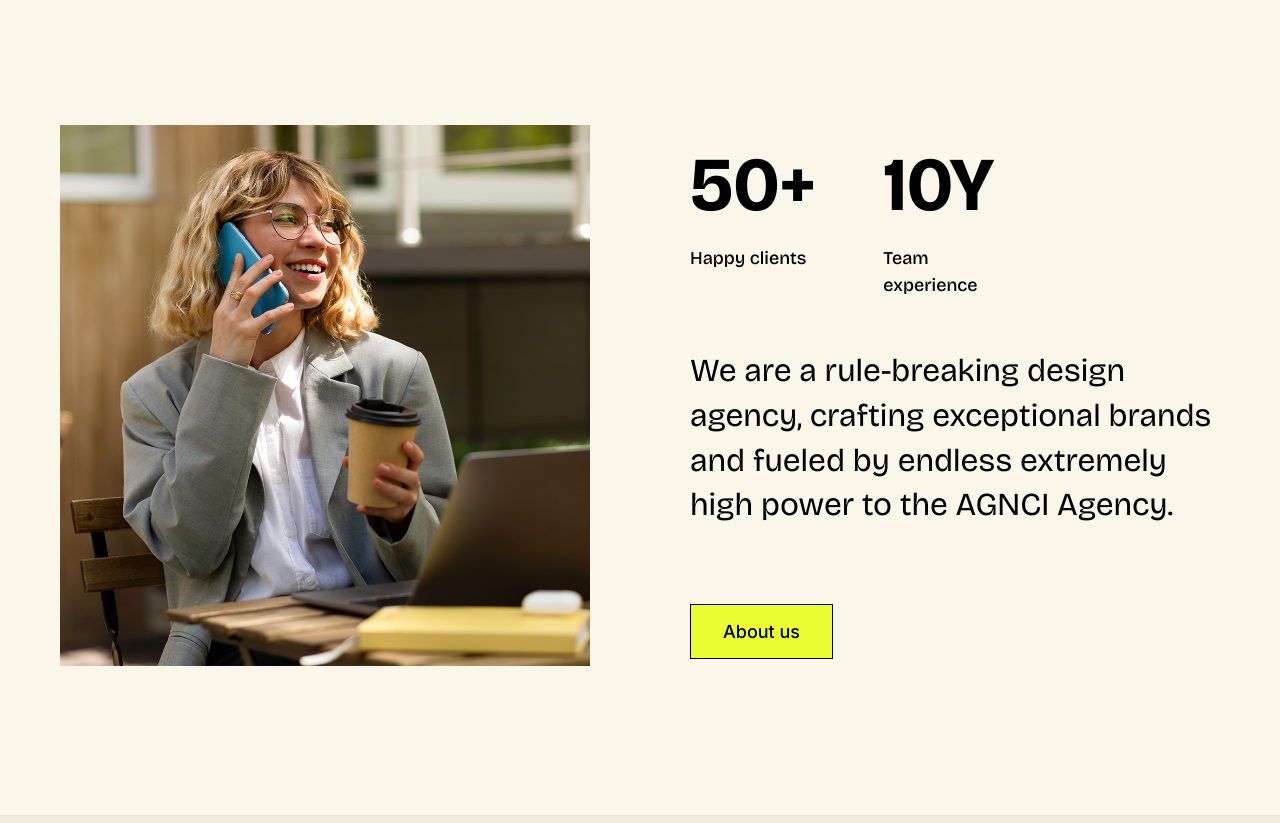
Repository: neelpatel6262/AGNCI-Webflow-HTML-Template
Page: index.html
These files come from the project's save history. The page is drawn as it stood at one moment and after the next save; the edit follows.
The browser window is 1280 px wide. The pictures show the part of the page from y = 1640 to 2463 px (the page is 8588 px tall before and 8515 px after).
A picture or video elsewhere on the page could not be fetched, so the positions and the page height are approximate. Some web fonts or font styles are not loaded; a fallback is used.

Above is the page before, as saved 2025-08-19 13:11:50.

After the next save:
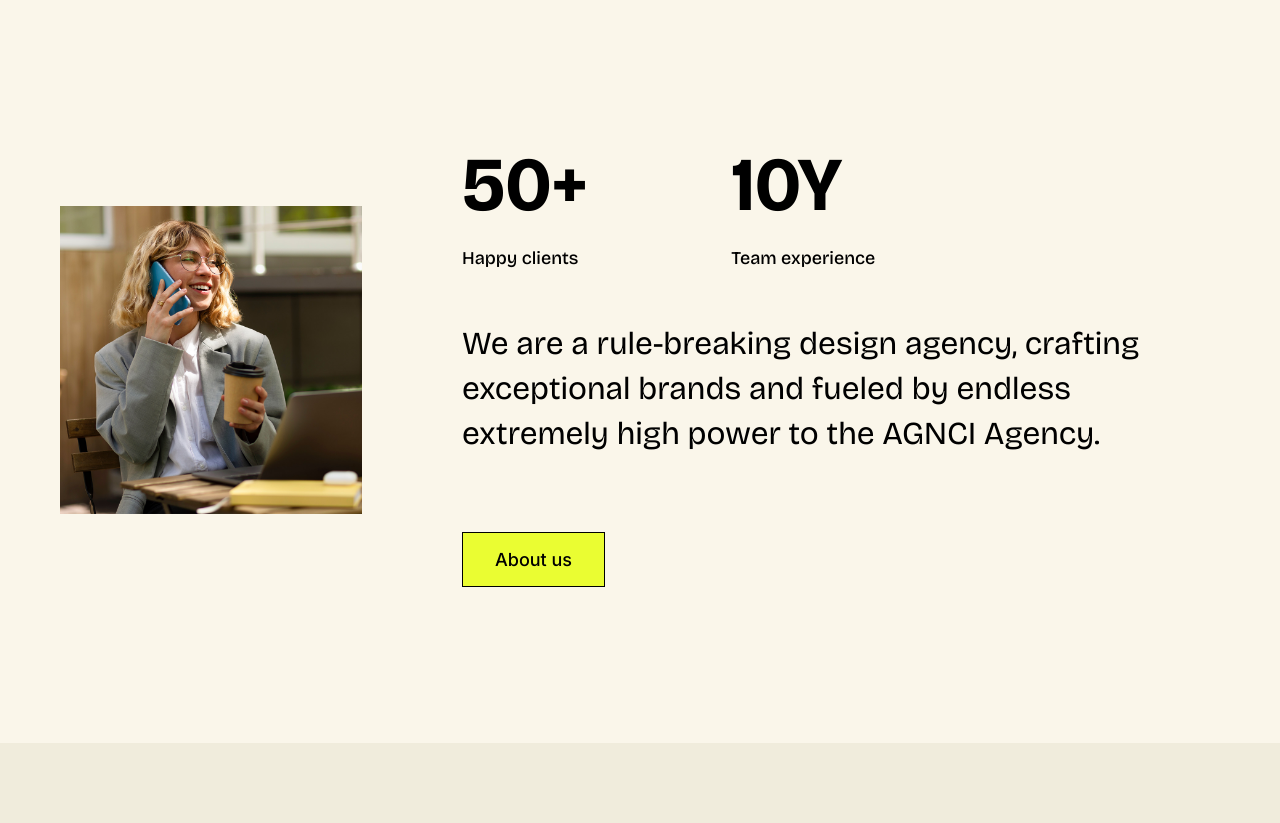
Saved 70 s later.
--- a/style.css
+++ b/style.css
@@ -356,6 +356,8 @@ html {
 .about-distribution {
   font-size: 32px;
   line-height: 44.8px;
+    width: 758px;
+  height: 134px;
   margin: 50px 0px 26px 0px;
 }
 
